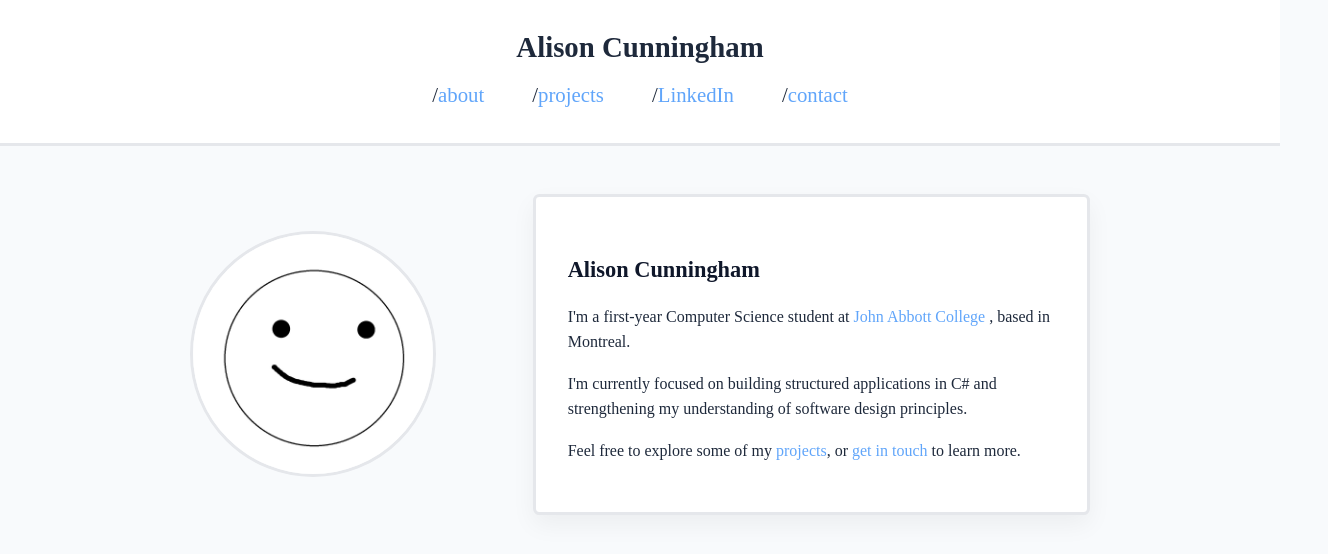
Repository: alison-cunningham/alison-cunningham
Page: index.html
These files come from the project's save history. The page is drawn as it stood at one moment and after the next save; the edit follows.
The browser window is 1280 px wide. The page is 1280 px wide, then 1328 px, so the pictures cover 1328 px, including what lies to the right of the window. The pictures show the whole page.
Some web fonts or font styles are not loaded; a fallback is used.

Above is the page before, as saved 2026-05-12 14:38:01.

### index.html
<!DOCTYPE html>
<html lang="en">
<head>
    <meta charset="UTF-8" />
    <title>Alison Cunningham - Home Page</title>
    <meta name="viewport" content="width=device-width, initial-scale=1.0">
    <link rel="stylesheet" href="./styles/globals.css"/>
    <link rel="stylesheet" href="./styles/index.css" />
</head>

<body>
    <header>
        <h1>Alison Cunningham</h1>
        <div class="nav-bar">
            <a href="index.html">/<span class="hover-text">about</span></a>
            <a href="./pages/main-projects-page.html">/<span class="hover-text">projects</span></a>
            <a href="https://www.linkedin.com/in/alison-c-427578b5">/<span class="hover-text">LinkedIn</span></a>
            <a href="mailto:cunningham.alison.m@gmail.com">/<span class="hover-text">contact</span></a>
        </div>
    </header>

    <main>
        <img class="home-page-img" src="./assets/images/placeholder.jpg" alt="this is just a placeholder">

        <div class="about-me">
            <h3>Alison Cunningham</h3>
                <p>
        I'm a first-year Computer Science student at
        <a href="https://johnabbott.qc.ca/career-programs/computer-science-technology/" class="hover-text">
            John Abbott College
        </a>, based in Montreal.
    </p>

    <p>
        I'm currently focused on building structured applications in C# and strengthening my understanding of software design principles.
    </p>

    <p>
        Feel free to explore some of my <a href="projects.html" class="hover-text">projects</a>,
        or <a href="mailto:cunningham.alison.m@gmail.com" class="hover-text">get in touch</a> to learn more.
    </p>

        </div>


    </main>



</body>

</html>

### styles/globals.css
@font-face{
    font-family: 'Radio-Canada';
    src: url('../assets/fonts/Radio_Canada/RadioCanada-VariableFont_wdth\,wght.ttf')
}



body{
    font-family: 'Radio-Canada';

    background-color: #f8fafc;
    color: #1e293b;

    line-height: 1.6;
    font-size: 1rem;

    margin: 0;
    overflow-x: hidden;
}


a{
    text-decoration: none;
    color: inherit;
}

h3{
    font-size: 1.4rem;
    margin-bottom: 1rem;
    color: #0f172a;
}

### styles/index.css
header{
    width: 100%;
    padding: 1.5rem 0;

    background-color: #ffffff;
    border-bottom: .2rem solid #e5e7eb;

    display: flex;
    flex-direction: column;
    align-items: center;
    justify-content: center;

    font-size: 1.2rem;
}

header h1{
    font-size: 1.8rem;
    margin: 0;
}

.nav-bar{
    display: flex;
    gap: 3rem;

    width: 90%;
    max-width: 100%;

    overflow-x: auto;
    white-space:nowrap;
    justify-content: flex-start;

    padding: 0.5rem 3rem;
    margin-left: 2.5rem;
    margin-right: 2.5rem;

    font-size: 1.3rem;
}

.hover-text{
    color: #60a5fa;
    position: relative;
}

.hover-text:hover{
    color: #34d399;
}

.hover-text::after{
    content:"";
    position: absolute;
    left: 0;
    bottom: -2px;

    width: 0%;
    height: 2px;
    background: #34d399;
    transition: width 0.6s ease;

}

.hover-text:hover::after {
    width: 100%;
}

.home-page-img{
    display: block;
    width: 15rem;
    border: .2rem solid #e5e7eb;
    border-radius: 50%;

    transition: transform 0.3s ease;
}

.home-page-img:hover{
    transform: scale(1.03);
}

main{
    display: flex;
    flex-direction: column;

    align-items: center;
    justify-content: center;

    gap: 3rem;
    padding: 3rem 1.5rem;

    width: 100%;
    max-width: 900px;
    margin: 0 auto;
}

.about-me{

    padding: 2rem;
    background-color: #ffffff;

    border: .2rem solid #e5e7eb;
    border-radius: .4rem;

    box-shadow: 0 10px 25px rgba(0,0,0,0.05);
}


@media (min-width: 900px) {
  main {
    display: grid;
    grid-template-columns: 1fr 2fr;
    align-items: center;
    gap: 4rem;
    width: 100%;
  }

    .nav-bar {
        justify-content: center;
        overflow-x: visible;
    }

}

After the next save:
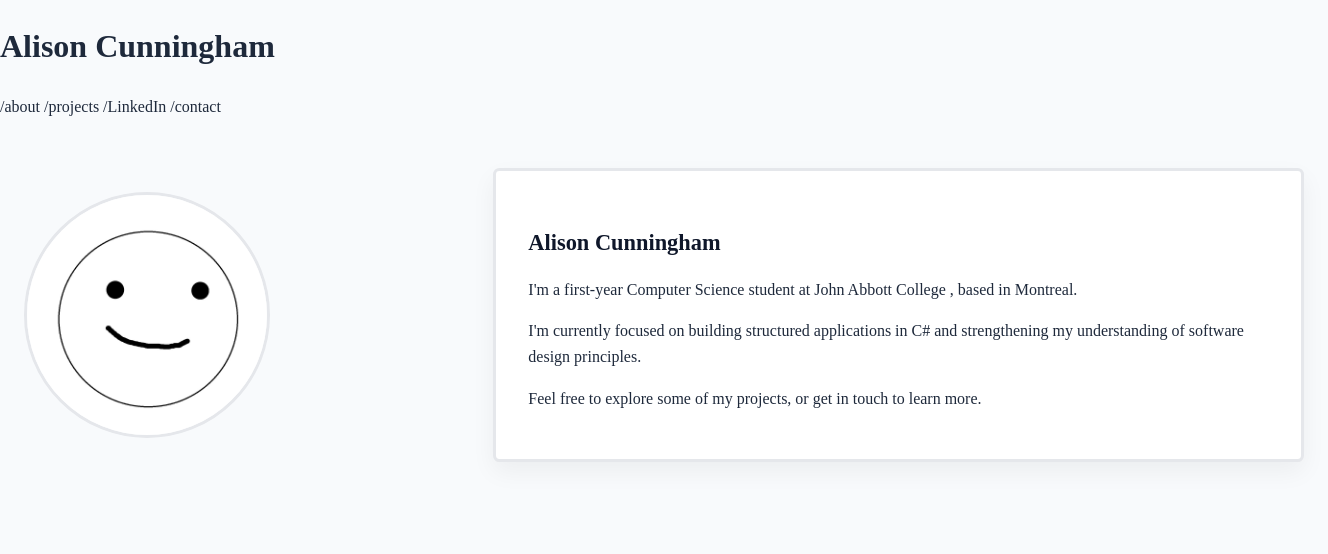
Saved 95 s later.
--- a/styles/index.css
+++ b/styles/index.css
@@ -1,67 +1,3 @@
-header{
-    width: 100%;
-    padding: 1.5rem 0;
-
-    background-color: #ffffff;
-    border-bottom: .2rem solid #e5e7eb;
-
-    display: flex;
-    flex-direction: column;
-    align-items: center;
-    justify-content: center;
-
-    font-size: 1.2rem;
-}
-
-header h1{
-    font-size: 1.8rem;
-    margin: 0;
-}
-
-.nav-bar{
-    display: flex;
-    gap: 3rem;
-
-    width: 90%;
-    max-width: 100%;
-
-    overflow-x: auto;
-    white-space:nowrap;
-    justify-content: flex-start;
-
-    padding: 0.5rem 3rem;
-    margin-left: 2.5rem;
-    margin-right: 2.5rem;
-
-    font-size: 1.3rem;
-}
-
-.hover-text{
-    color: #60a5fa;
-    position: relative;
-}
-
-.hover-text:hover{
-    color: #34d399;
-}
-
-.hover-text::after{
-    content:"";
-    position: absolute;
-    left: 0;
-    bottom: -2px;
-
-    width: 0%;
-    height: 2px;
-    background: #34d399;
-    transition: width 0.6s ease;
-
-}
-
-.hover-text:hover::after {
-    width: 100%;
-}
-
 .home-page-img{
     display: block;
     width: 15rem;
@@ -86,7 +22,6 @@ main{
     padding: 3rem 1.5rem;
 
     width: 100%;
-    max-width: 900px;
     margin: 0 auto;
 }
 
